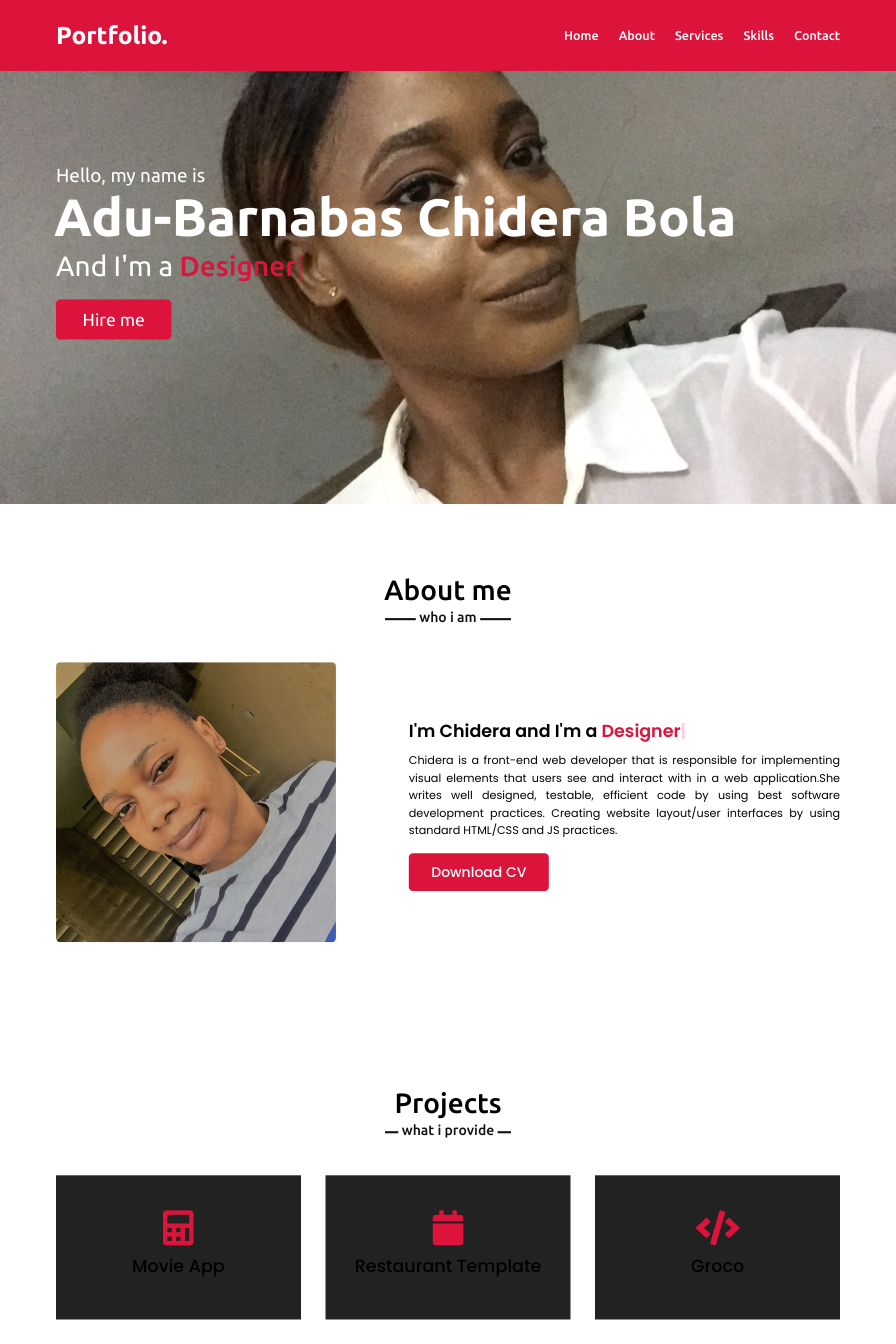
Repository: DeraBola/Portfolio
Page: index.html
The author's editor kept a copy of each file at every save. The page is drawn from the files as they stood at one save, then again after a run of saves.
The browser window is 1280 px wide. The pictures show the part of the page from y = 0 to 1920 px (the page is 3279 px tall), at 70% of full size.
Backgrounds fixed to the window are drawn as part of the page.

Above is the page before, as saved 2023-01-05 13:53:50.
Console error: ReferenceError: $ is not defined

After the next 2 saves:
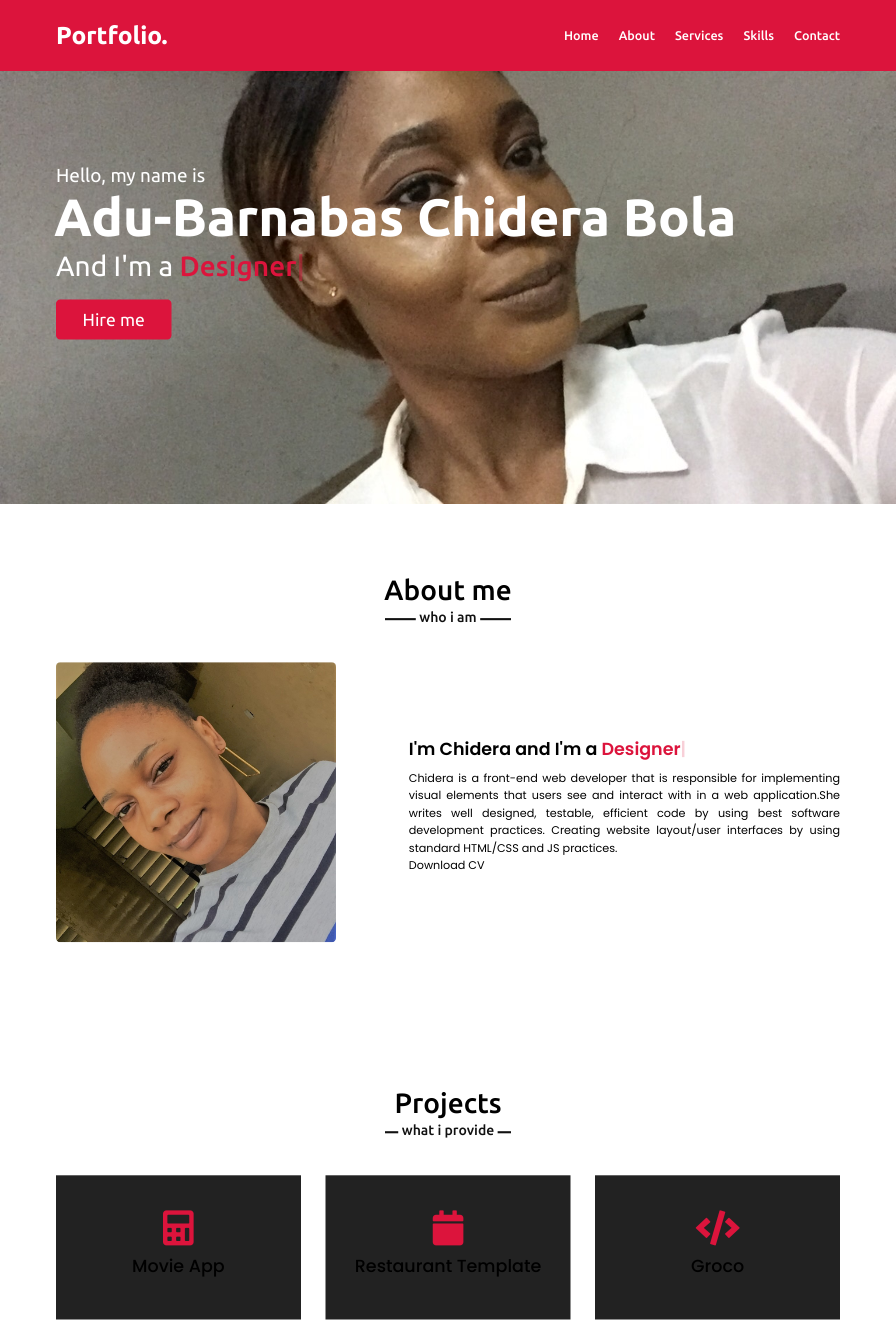
The 2 saves are shown as one change because they came seconds apart.
The last was saved 23 s later.
--- a/index.html
+++ b/index.html
@@ -59,7 +59,7 @@
                     <div class="text">I'm Chidera and I'm a <span class="typing-2"></span></div>
                     <p>Chidera is a front-end web developer that is responsible for implementing visual elements that users see and interact with in a web application.She writes well designed, testable, efficient code by using best software development practices.
                         Creating website layout/user interfaces by using standard HTML/CSS and JS practices.</p>
-                    <a href="/ChideraAdu.pdf">Download CV</a>
+                    <embed href="/ChideraAdu.pdf">Download CV</a>
                 </div>
             </div>
         </div>
